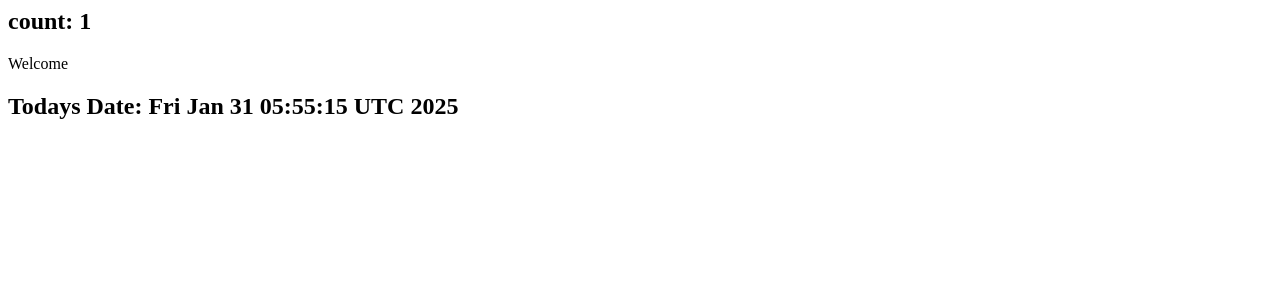
Repository: NarendarPaindla/JSPANDSERVLETS
Page: http://localhost/demo2/index.jsp
The author's editor kept a copy of each file at every save. The page is drawn from the files as they stood at one save, then again after the next save.
The browser window is 1280 px wide. The pictures show the whole page.
The page is served by Tomcat 10.

Above is the page before, as saved 2025-02-01 05:32:47.

After the next save:
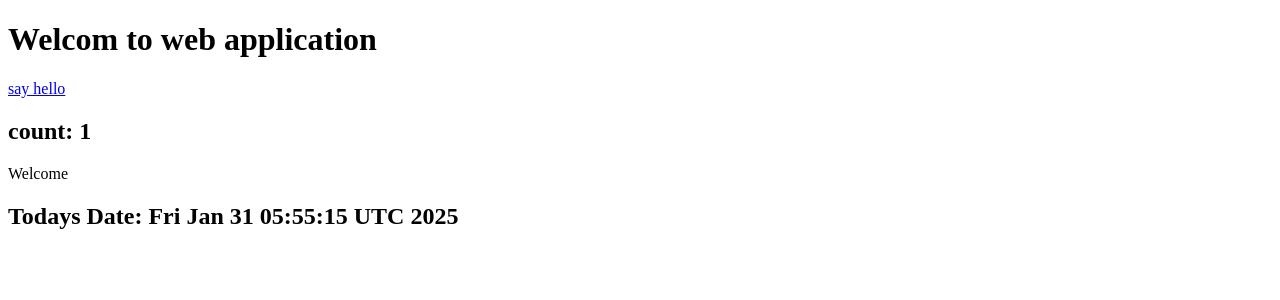
Saved 2 min 54 s later.
--- a/demo2/src/main/webapp/index.jsp
+++ b/demo2/src/main/webapp/index.jsp
@@ -1,3 +1,6 @@
+<%@ page contentType="text/html; charset=UTF-8" language="java" %>
+
+<%@ include file="index.html" %>
 <%!
   private int count=0;
 public int incrementCount(){
